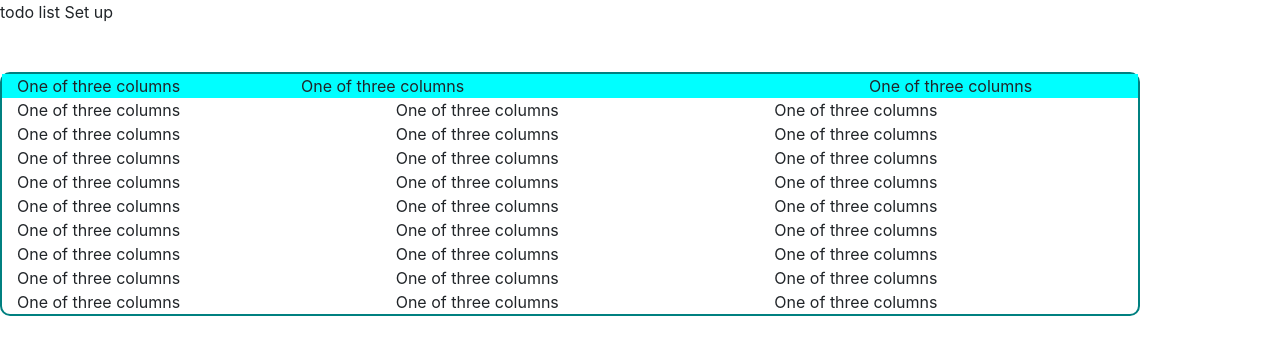
Repository: kkyler24/DayPlanner
Page: Index.html
These files come from the project's save history. The page is drawn as it stood at one moment and after the next save; the edit follows.
The browser window is 1280 px wide. The pictures show the whole page.
Some web libraries are served in a nearby version.

Above is the page before, as saved 2020-03-25 18:56:15.

After the next save:
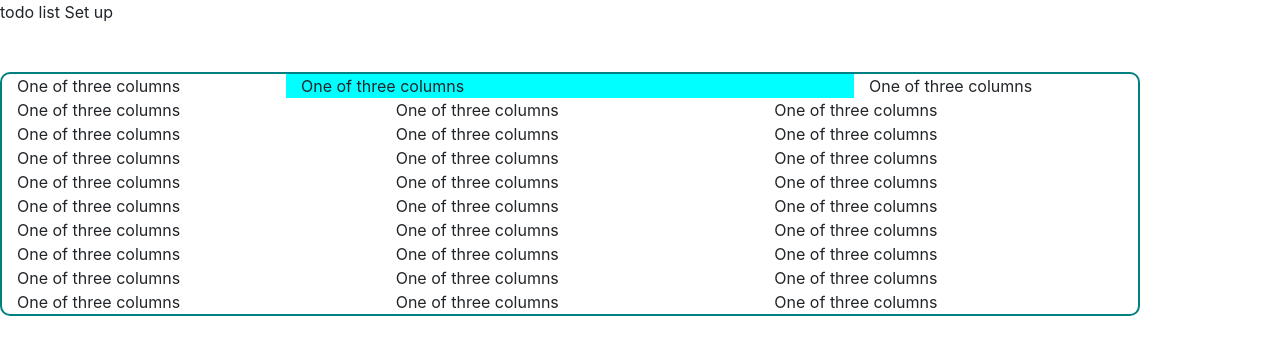
Saved 38 s later.
--- a/Index.html
+++ b/Index.html
@@ -98,11 +98,11 @@ todo list Set up
 </Div>
 <Div>
     <div class="container workday">
-        <div id="time8am"class="row" style="background-color:aqua">
+        <div id="time8am"class="row">
           <div class="col-3">
             One of three columns
           </div>
-          <div class="col-6">
+          <div class="col-6" style="background-color:aqua">
             One of three columns
           </div>
           <div class="col-3">
